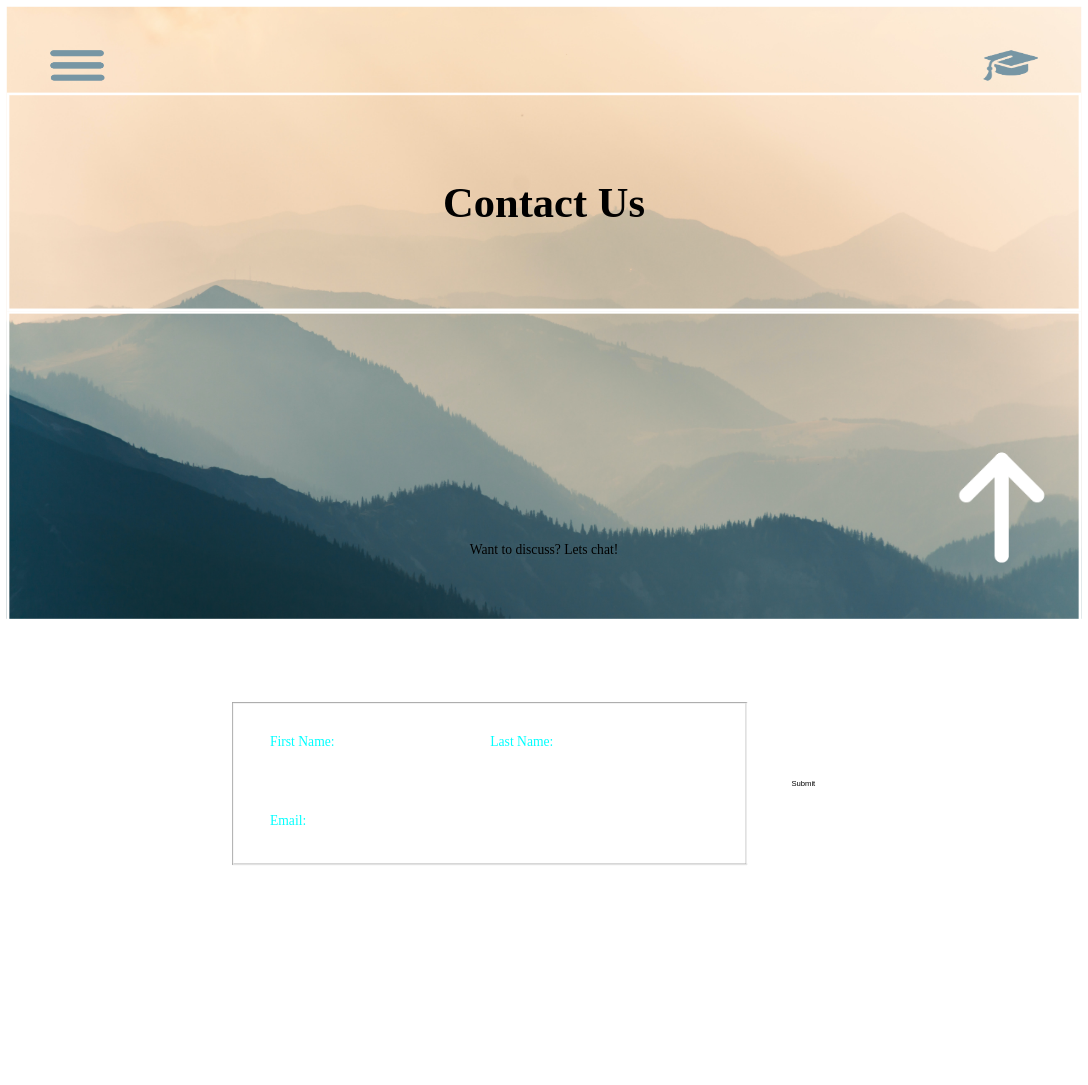
Repository: sierralaurent/MDIA2109-Assignment01
Page: /contact
These files come from the project's save history. The page is drawn as it stood at one moment and after the next save; the edit follows.
The browser window is 1280 px wide. The pictures show the whole page, at 85% of full size.
The project was rebuilt for these pictures with package versions that can differ from the ones it lists, and the page was loaded fresh each time. The framework's server and built-in components were replaced by stand-ins that run in the browser. Also part of the build but not shown: next.config.js.

Above is the page before, as saved 2023-02-05 10:21:27.

After the next save:
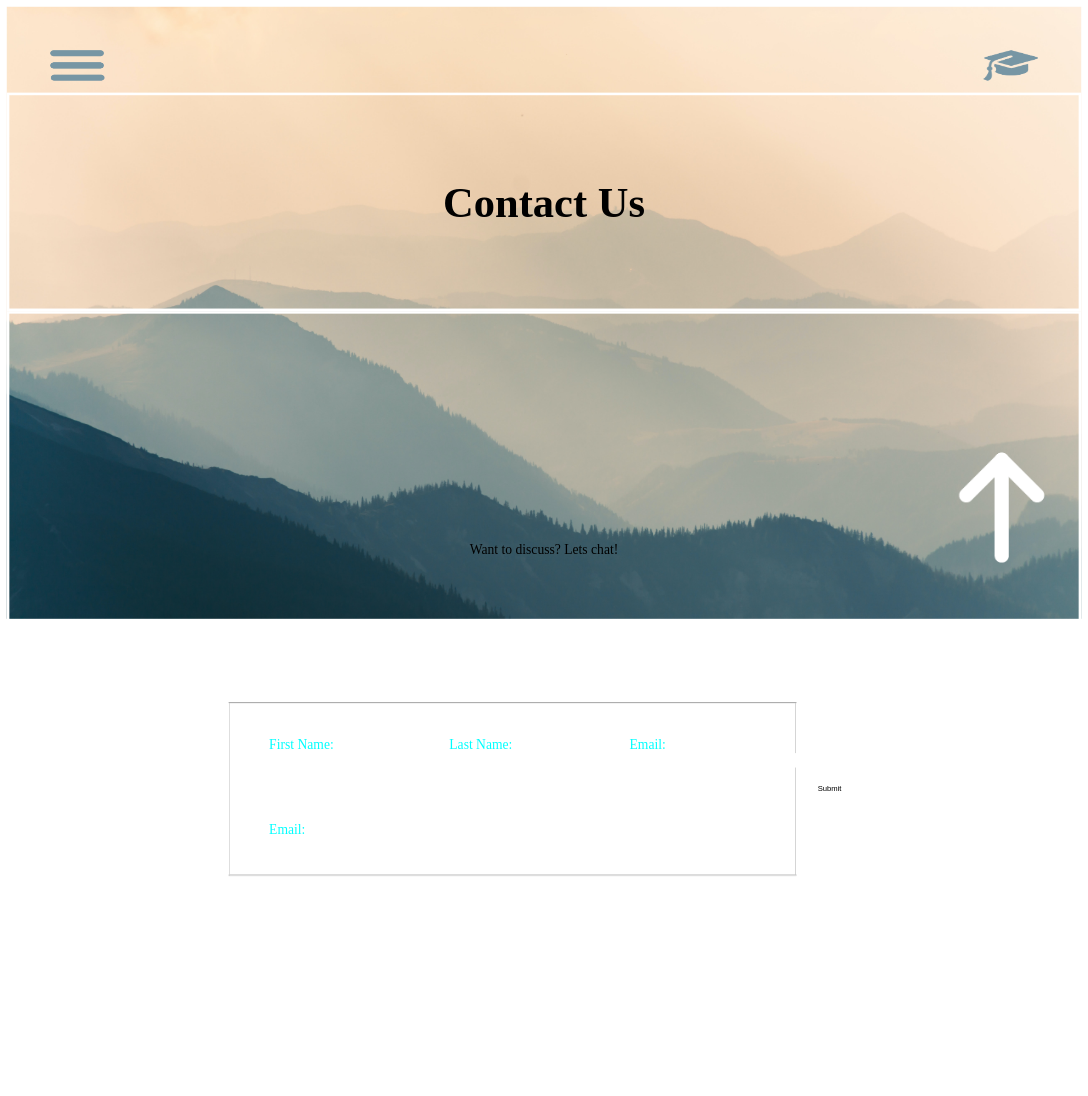
Saved 32 s later.
--- a/pages/contact.js
+++ b/pages/contact.js
@@ -37,10 +37,14 @@ export default function Contact() {
                           <label for="lname">Last Name:</label>
                           <input type="text" id="name" name="lname"></input>
                         </tr>
+                        <tr>
+                        <label for="email">Email:</label>
+                    <input type="email" id="email" name="email"></input>
+                        </tr>
                     </thead>
                     <thead>
                       <tr>
-                      <label for="email">Email:</label>
+                        <label for="email">Email:</label>
                     <input type="email" id="email" name="email"></input>
                       </tr>
 

After the save that followed:
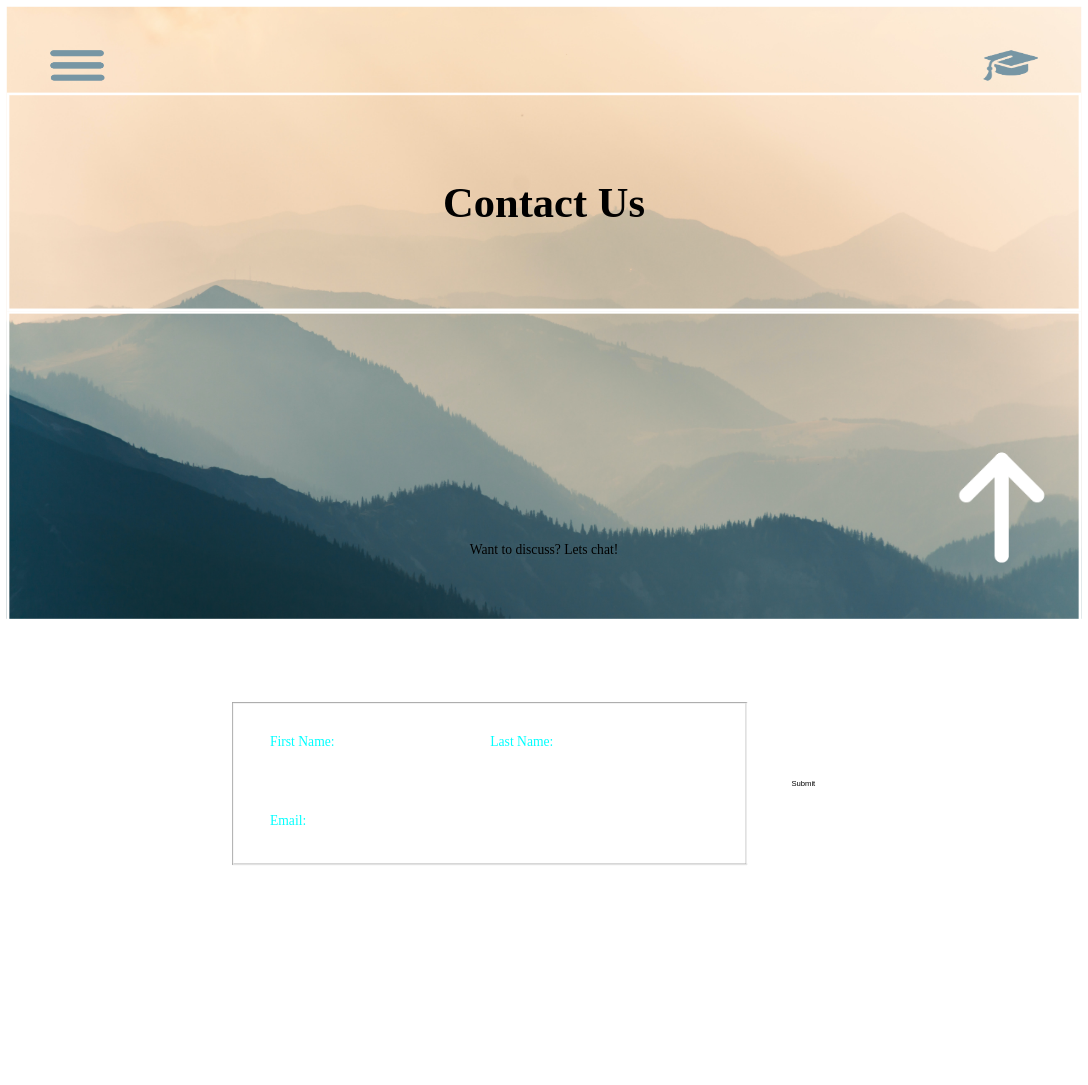
Saved 8 s later.
--- a/pages/contact.js
+++ b/pages/contact.js
@@ -37,10 +37,6 @@ export default function Contact() {
                           <label for="lname">Last Name:</label>
                           <input type="text" id="name" name="lname"></input>
                         </tr>
-                        <tr>
-                        <label for="email">Email:</label>
-                    <input type="email" id="email" name="email"></input>
-                        </tr>
                     </thead>
                     <thead>
                       <tr>
